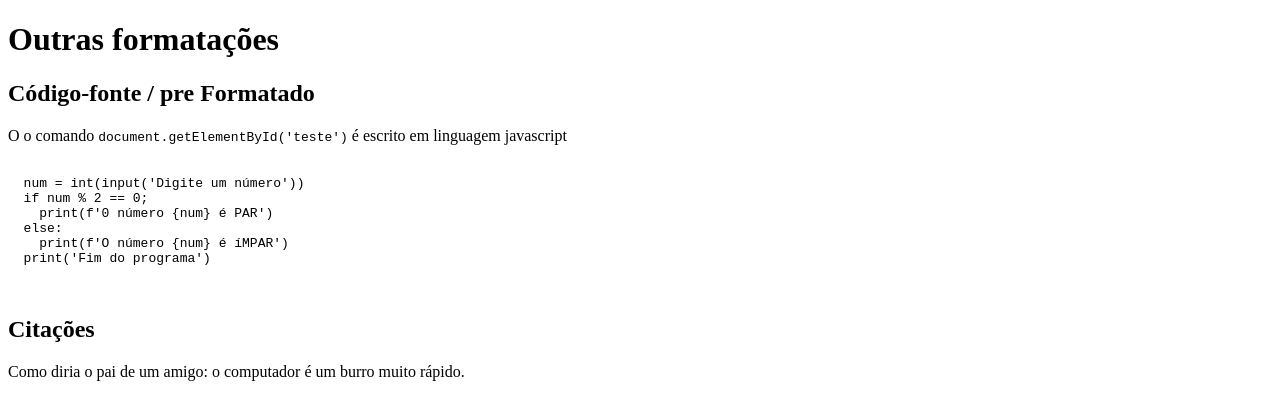
Repository: pheonix5/Estudo
Page: html-css/exercicios/ex008b/index.html
The author's editor kept a copy of each file at every save. The page is drawn from the files as they stood at one save, then again after the next save.
The browser window is 1280 px wide. The pictures show the whole page.

Above is the page before, as saved 2023-07-25 20:27:36.

After the next save:
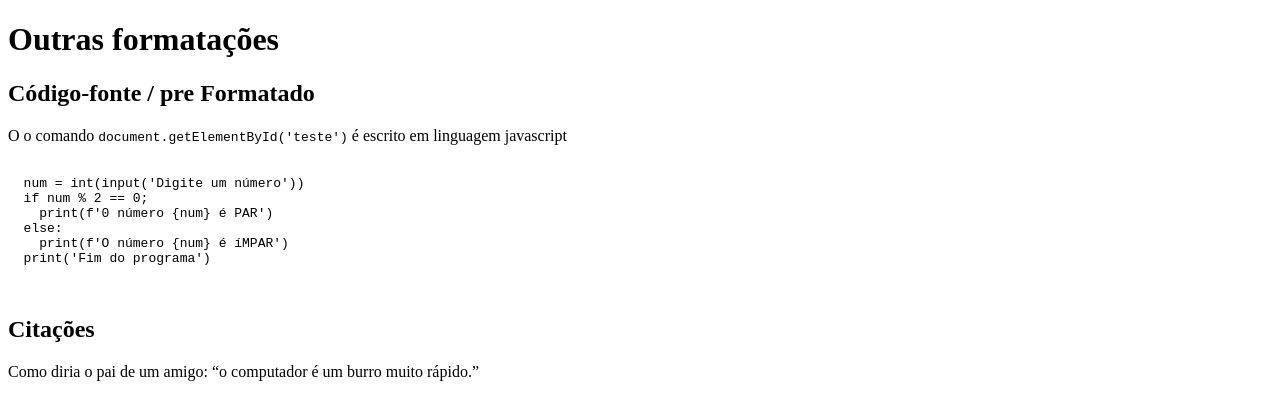
Saved 2 min 14 s later.
--- a/html-css/exercicios/ex008b/index.html
+++ b/html-css/exercicios/ex008b/index.html
@@ -20,6 +20,6 @@
     </code>
   </pre>
   <h2>Citações</h2>
-  <p>Como diria o pai de um amigo: o computador é um burro muito rápido.</p>
+  <p>Como diria o pai de um amigo: <q>o computador é um burro muito rápido.</q></p>
 </body>
 </html>
